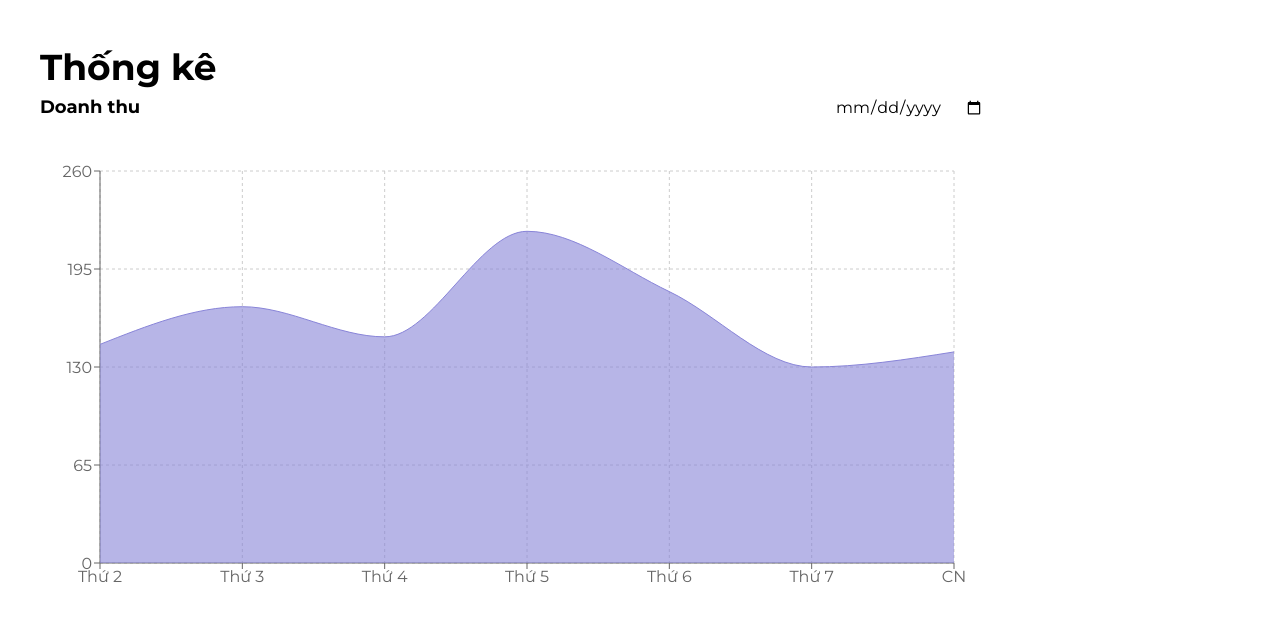
Repository: iphoneboy46/AltaMediaCMS
Page: /
These files come from the project's save history. The page is drawn as it stood at one moment and after the next save; the edit follows.
The browser window is 1280 px wide. The pictures show the whole page.
Some web libraries are served in a nearby version. The project was rebuilt for these pictures with package versions that can differ from the ones it lists, and the page was loaded fresh each time.

Above is the page before, as saved 2023-03-26 22:15:09.

After the next save:
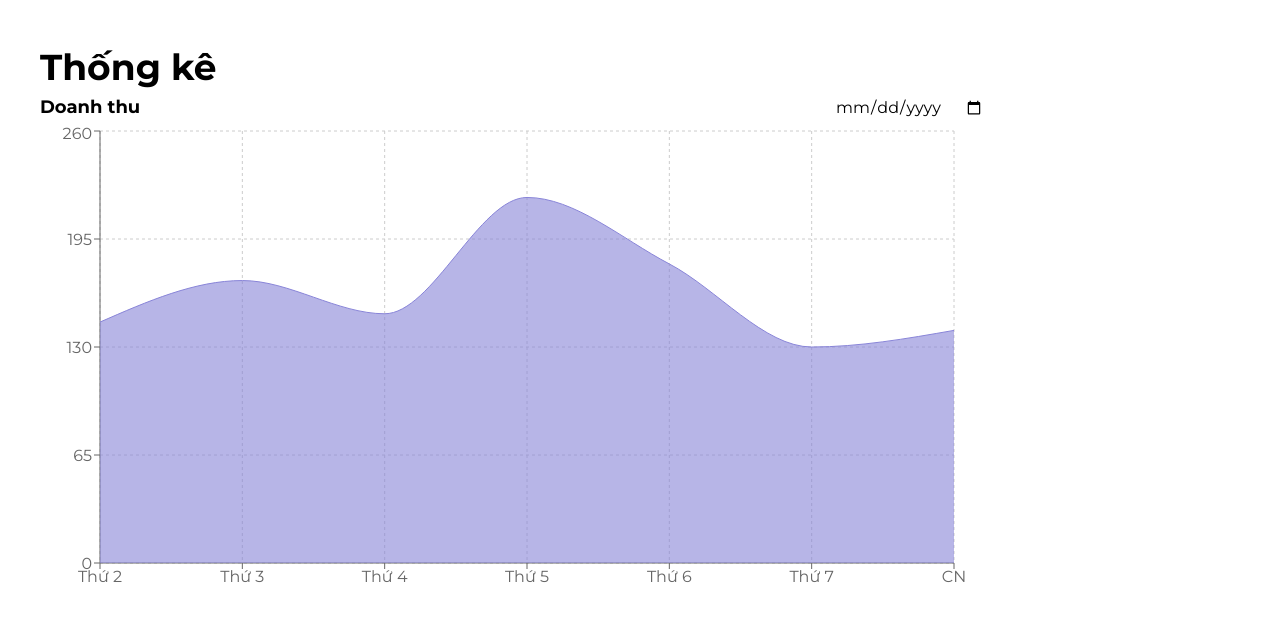
Saved 7 s later.
--- a/src/components/Charts/Charts.tsx
+++ b/src/components/Charts/Charts.tsx
@@ -57,7 +57,7 @@ function Charts() {
           height={400}
           data={data}
           margin={{
-            top: 50,
+            top: 10,
             right: 30,
             left: 0,
             bottom: 0,
